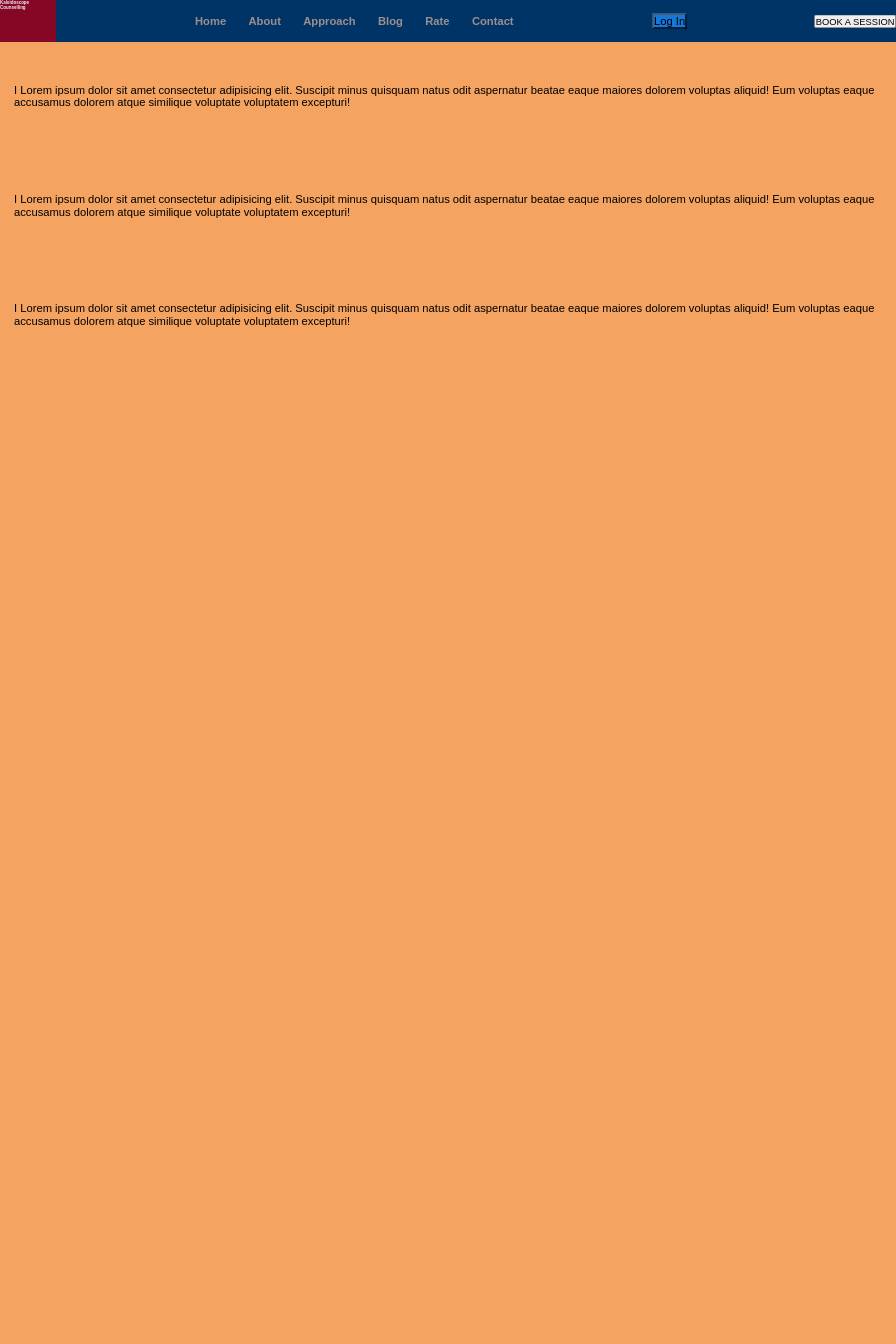
Repository: voutadi/Project1
Page: index.html
These files come from the project's save history. The page is drawn as it stood at one moment and after a run of saves; the edit follows.
The browser window is 1280 px wide. The pictures show the part of the page from y = 0 to 1920 px (the page is 3120 px tall), at 70% of full size.

Above is the page before, as saved 2024-11-24 21:26:57.

### index.html
<!DOCTYPE html>
<html lang="en">
  <head>
    <meta charset="UTF-8" />
    <meta name="viewport" content="width=device-width, initial-scale=1.0" />
    <link rel="stylesheet" href="styles/style.css" />

    <title>Kaleidoscope Counselling</title>
  </head>
  <body>
    <header class="flex">
      <div class="logo-container">
        <div class="logo">
          Kaleidoscope <br />
          Counselling
        </div>
      </div>
      <nav class="navbar">
        <ul>
          <li><a href="#home">Home</a></li>
          <li>
            <a
              href="https://www.psychologytoday.com/ca/therapists/ava-outadi-port-moody-bc/1111563"
              target="_blank"
              >About</a
            >
          </li>
          <li><a href="#approach">Approach</a></li>
          <li><a href="#blog">Blog</a></li>
          <li><a href="#rate">Rate</a></li>
          <li><a href="#contact">Contact</a></li>
        </ul>
      </nav>
      <button class="login">
        Log In
      </button >

      <button>BOOK A SESSION</button>
    </header>

    <p>
      I Lorem ipsum dolor sit amet consectetur adipisicing elit. Suscipit minus
      quisquam natus odit aspernatur beatae eaque maiores dolorem voluptas
      aliquid! Eum voluptas eaque accusamus dolorem atque similique voluptate
      voluptatem excepturi!
    </p>
    <p>
      I Lorem ipsum dolor sit amet consectetur adipisicing elit. Suscipit minus
      quisquam natus odit aspernatur beatae eaque maiores dolorem voluptas
      aliquid! Eum voluptas eaque accusamus dolorem atque similique voluptate
      voluptatem excepturi!
    </p>
    <p>
      I Lorem ipsum dolor sit amet consectetur adipisicing elit. Suscipit minus
      quisquam natus odit aspernatur beatae eaque maiores dolorem voluptas
      aliquid! Eum voluptas eaque accusamus dolorem atque similique voluptate
      voluptatem excepturi!
    </p>
  </body>
</html>

### styles/style.css
* {
  margin: 0;
  padding: 0;
  box-sizing: border-box;
}
body {
  background-color: rgb(244,164,96);
  height: 3000px;
  font-family: Arial, Helvetica, sans-serif;
  font-size: 1rem;
}
header {
  max-width: 100%; /*Make sure Take all of her parent element(body)on all different devices .*/
  height: 60px;
;
  position: fixed;
  top: 0;
  left: 0;
  right: 0;
  background-color: #003366;
  display: flex;
  justify-content: space-between;
  align-items: center;

  box-shadow: 0 2px 4px rgba(243, 172, 172, 0.15); /* Adds a subtle shadow for depth, optional */
}
.logo-container {
  width: 80px;; /* Put condition for smaller or biger divice*/
  background-color: rgb(134, 6, 38);
  height: 60px;
}
.logo {
  color: rgb(239, 236, 243);
  font-size: 0.4rem;
  font-weight: bold;
}

.navbar ul {
  display: flex;
  flex: 1;
  justify-content: center;
  list-style-type: none;
  flex-wrap: wrap;
}
.navbar li {
  margin: 1rem;
}
.navbar a {
  font-size: 1rem;
  color: rgb(155, 144, 144);
  font-weight: 700;

  text-decoration: none;
}
.navbar a:hover {
  background-color: rgb(184, 175, 175);
  padding: 5px 10px;
  border-radius: 16px;
  transition: 0.15s;
}

.navbar a:active {
  background-color: rgb(166, 162, 162);
  padding: 10px 10px;
  border-radius: 16px;
  transition: 0.15s;

}

.login{
  background-color: #1577da;
  font-size: medium;

}
{
  background-color: black;
  color: white;

  font-size: 1rem;
  padding: 8px 12px;
  margin-right: 1.5rem;
  border-width: 2px;
  border-style: solid;
  border-radius: 20px;
  cursor: pointer;
}
button:hover {
  background-color: white;
  color: black;
  transition: 0.15s;
  padding: 12px 18px;
}
button:active {
  padding: 18px 24px;
}
p {
  margin-top: 120px;
  margin-left: 20px;
}
@media (max-width: 380px) {
  body {
    font-size: 0.4rem;/* Smaller font size */

  }
  button {
    font-size: 0.4rem;
    padding: 2px;
    margin-right: 0.4rem;
    border-radius: 8px;
  }
  button:hover {
    font-size: 0.4rem;
    padding: 2px;
  }
  button:active {
    padding: 3px;
  }
  .navbar li {
    margin: 0.2rem;
  }
  .navbar a {
    font-size: 0.5rem;
    margin: 0.2rem ;
  }
}


@media (max-width: 600px) {
  body {
    font-size: 0.5rem;
  } /* Smaller font size */
  button {
    font-size: 0.5rem;
    padding: 2px 4px;
    margin-right: 0.5rem;
    border-radius: 10px;
  }
  button:hover {
    font-size: 0.5rem;
    padding: 2px;
  }
  button:active {
    padding: 3px;
  }
  .navbar li {
    margin: 0.3rem;
  }
  .navbar a {
    font-size: 0.6rem;
  }
}
@media (min-width: 601px) and (max-width: 900px) {
  body {
    font-size: 0.75rem;
  } /* Smaller font size */
  button {
    font-size: 0.75rem;
    padding: 2px 4px;
    margin-right: 0.75rem;
    border-radius: 10px;
  }
  button:hover {
    font-size: 0.75rem;
    padding: 2px;
  }
  button:active {
    padding: 3px;
  }
  .navbar li {
    margin: 0.5rem;
  }
  .navbar a {
    font-size: 0.8rem;
  }
}

After the next 3 saves:
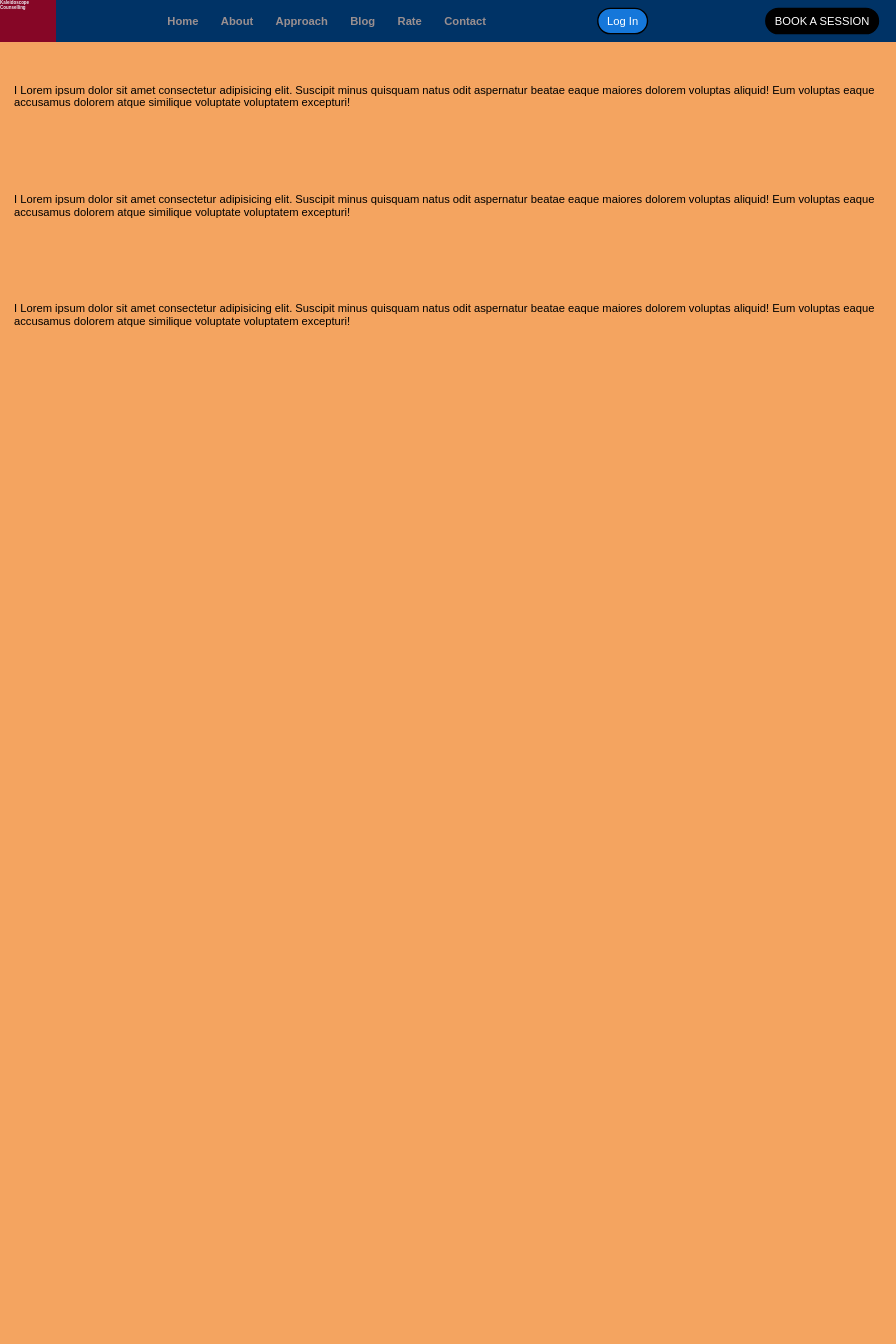
The 3 saves are shown as one change because they came seconds apart.
The last was saved 24 s later.
--- a/styles/style.css
+++ b/styles/style.css
@@ -72,7 +72,7 @@ header {
   font-size: medium;
 
 }
-{
+button{
   background-color: black;
   color: white;
 
